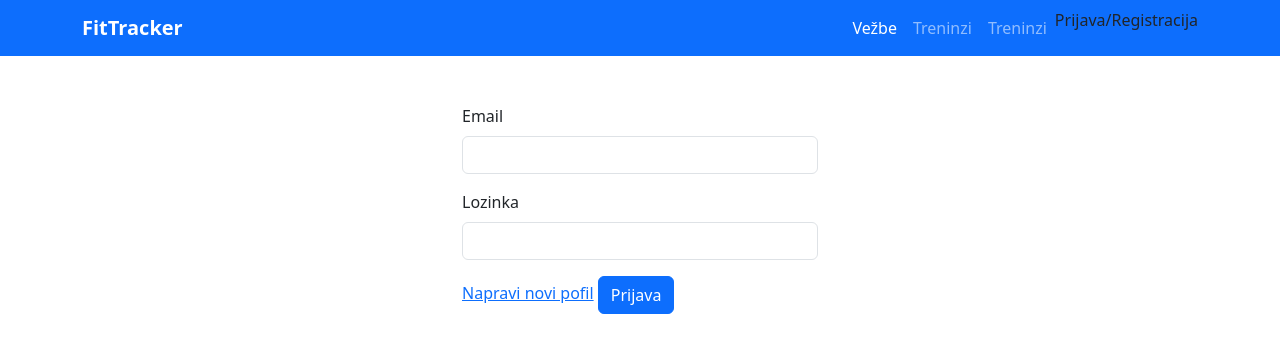
Repository: M1K1B/FitTracker
Page: http://localhost/FitTrackerWeb/login.jsp
The author's editor kept a copy of each file at every save. The page is drawn from the files as they stood at one save, then again after the next save.
The browser window is 1280 px wide. The pictures show the whole page.
The page is served by Tomcat 9.

Above is the page before, as saved 2024-01-31 14:42:10.

After the next save:
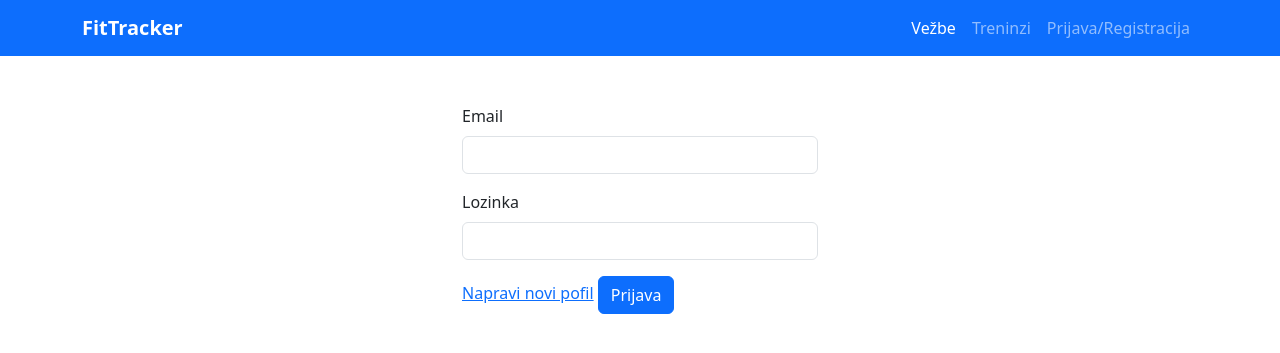
Saved 9 s later.
--- a/FitTrackerWeb/src/main/webapp/header.jsp
+++ b/FitTrackerWeb/src/main/webapp/header.jsp
@@ -33,8 +33,8 @@
 						href="/FitTracker/treninzi/sviTreninzi">Treninzi</a></li>
 					<c:if test="${authentificatedUser == null}">
 					<li class="nav-item"><a class="nav-link"
-						href="/FitTracker/treninzi/sviTreninzi">Treninzi</a></li>
-						Prijava/Registracija
+						href="/FitTracker/login">Prijava/Registracija</a></li>
+
 					</c:if>
 					<c:if test="${authentificatedUser != null}">
 						<li class="nav-item dropdown">
